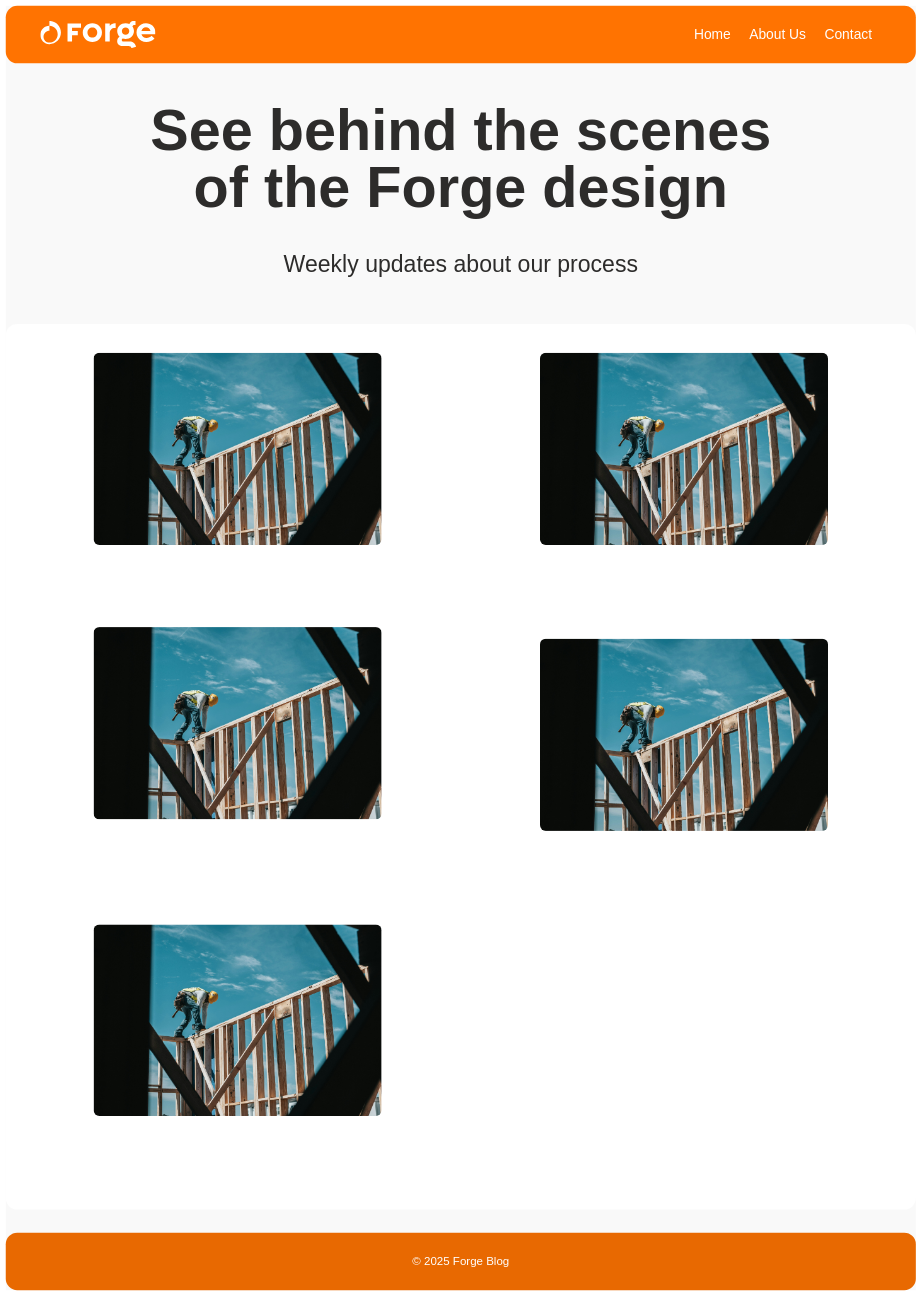
Repository: Forge-IDSP/Blog
Page: /
An editor plug-in stored every save of this project. The page is shown before and after the next save, followed by the edit.
The browser window is 1280 px wide. The pictures show the whole page, at 72% of full size.
The project was rebuilt for these pictures with package versions that can differ from the ones it lists, and the page was loaded fresh each time. Also part of the build but not shown: vite.config.js, src/index.css, src/pages/blogpost.module.css, src/pages/week1.jsx, src/pages/week2.jsx, src/pages/week3.jsx, src/pages/week4.jsx, src/pages/week5.jsx and 4 more.

Above is the page before, as saved 2025-10-27 13:04:55.

After the next save:
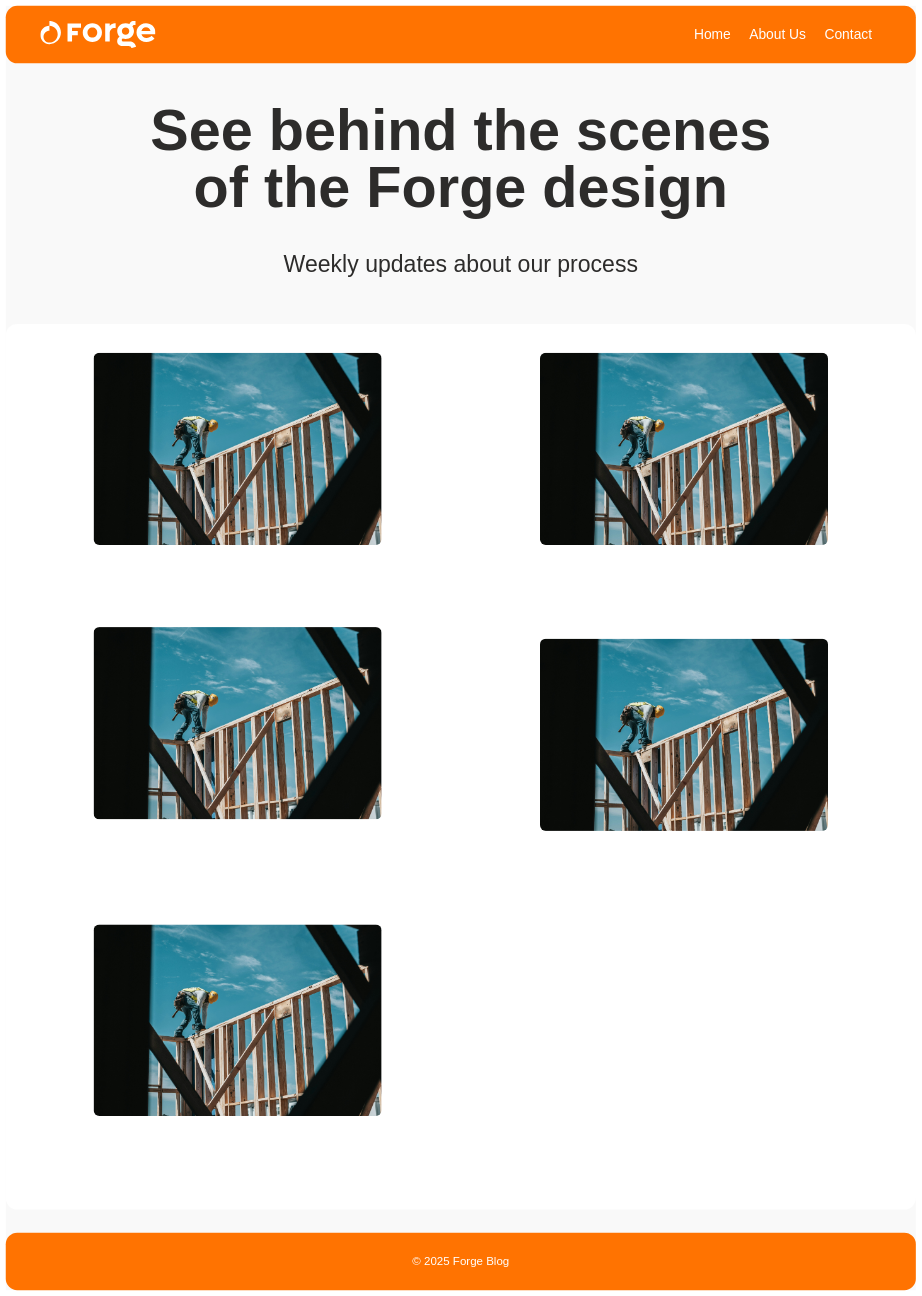
Saved 4 s later.
--- a/src/ui/footer/footer.module.css
+++ b/src/ui/footer/footer.module.css
@@ -4,7 +4,7 @@
     display: flex;
     justify-content: center;
     align-items: center;
-    background-color: var(--primary-600);
+    background-color: var(--primary-500);
     margin-top: auto;
     border-radius: 16px;
 }
